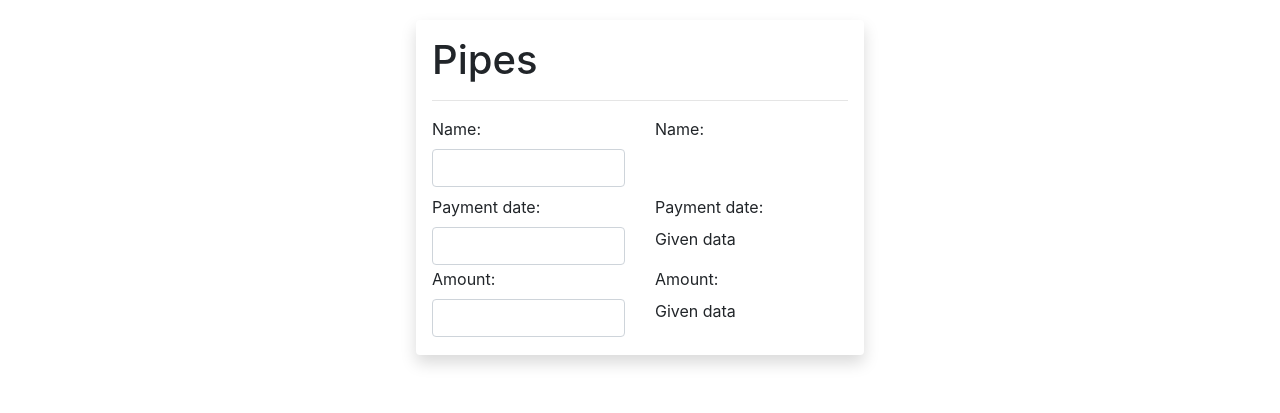
Repository: Evincars/udemy-angular
Page: / (app in pipes/)
The author's editor kept a copy of each file at every save. The page is drawn from the files as they stood at one save, then again after the next save.
The browser window is 1280 px wide. The pictures show the whole page.
The project was rebuilt for these pictures with package versions that can differ from the ones it lists, and the page was loaded fresh each time. Also part of the build but not shown: pipes/angular.json.

Above is the page before, as saved 2020-04-05 10:23:21.

After the next save:
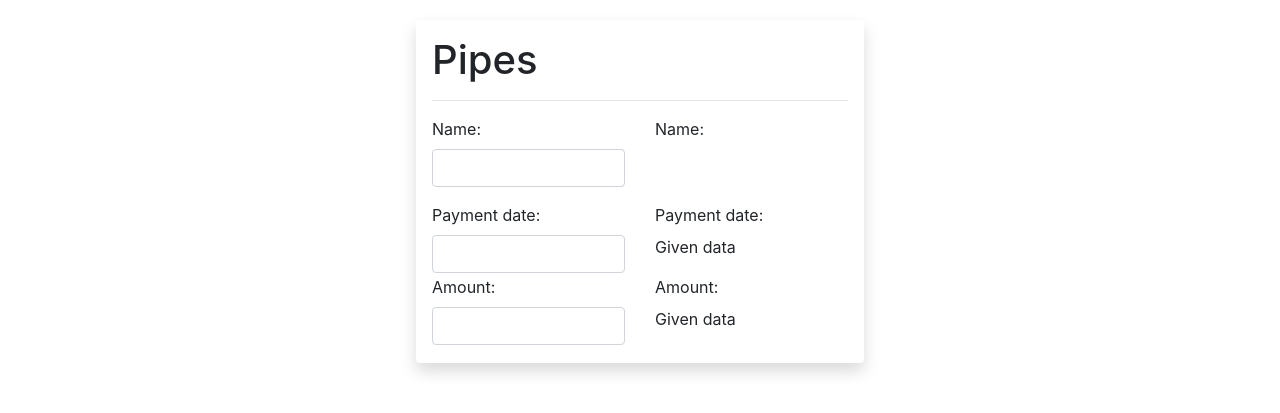
Saved 4 s later.
--- a/pipes/src/app/app.component.html
+++ b/pipes/src/app/app.component.html
@@ -1,7 +1,7 @@
 <div class="container shadow p-3 mb-5 bg-white rounded">
   <h1>Pipes</h1>
   <hr />
-  <div class="row my-2">
+  <div class="row my-3">
     <div class="col-md-6">
       <label>Name:</label>
       <input
